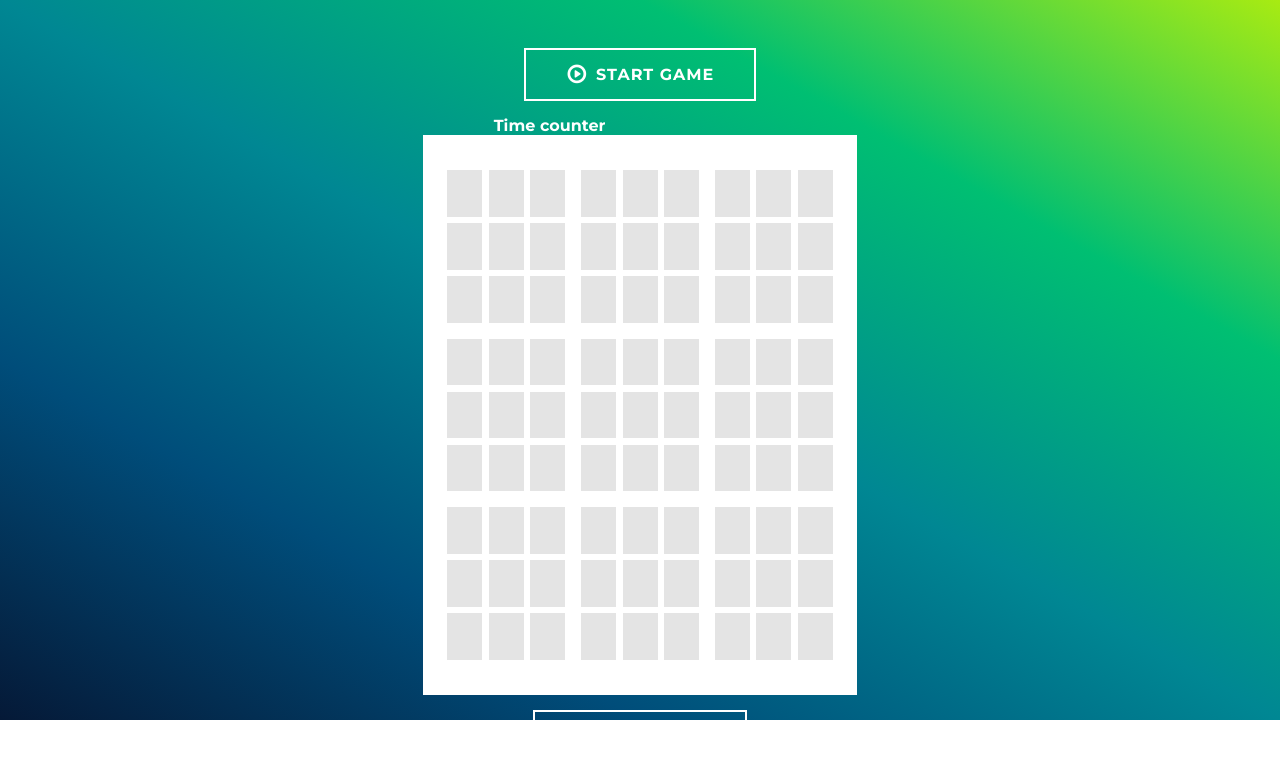
Repository: pattypetrikova/sudoku
Page: index.html
These files come from the project's save history. The page is drawn as it stood at one moment and after the next save; the edit follows.
The browser window is 1280 px wide. The pictures show the whole page.
Some web fonts or font styles are not loaded; a fallback is used.

Above is the page before, as saved 2022-12-30 12:23:00.

After the next save:
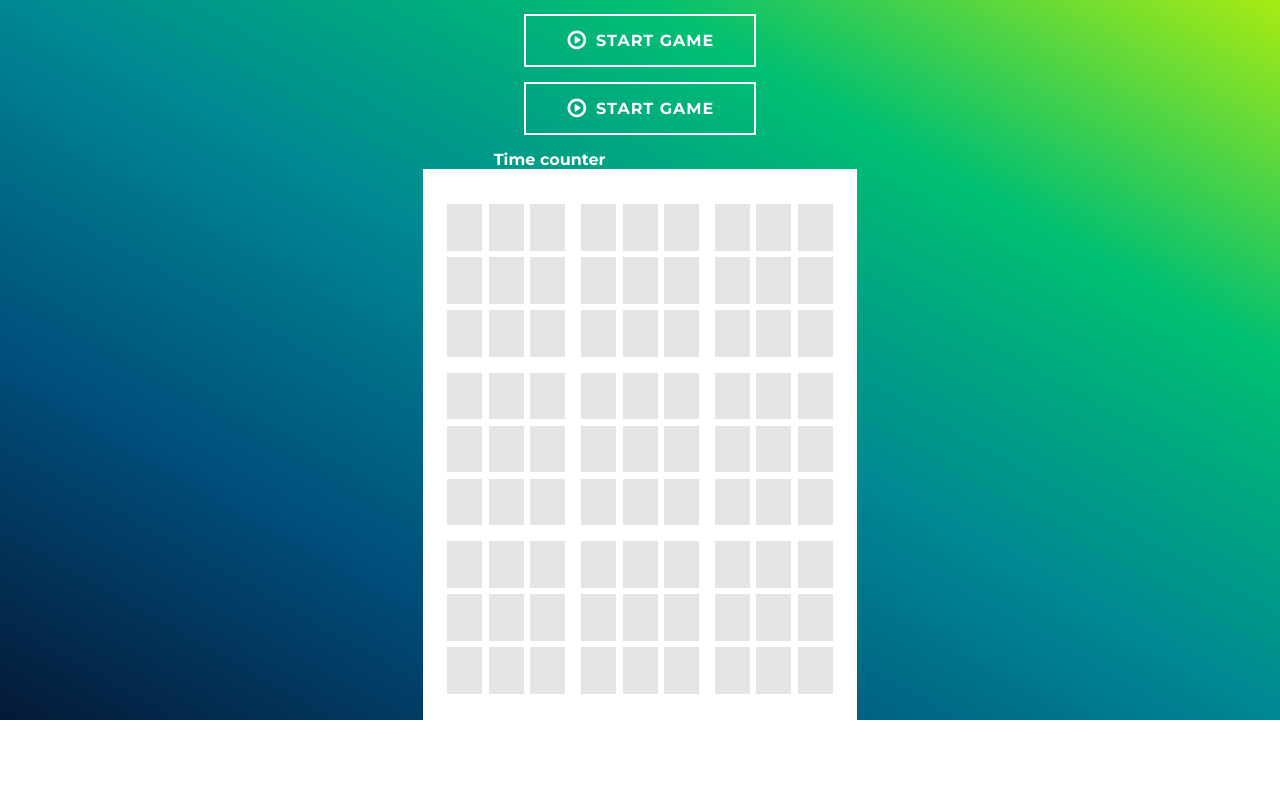
Saved 44 s later.
--- a/index.html
+++ b/index.html
@@ -18,6 +18,8 @@
             <div class="buttons">
                 <button class="button button-1 start"><i class="ri-play-circle-line ri-lg"></i>
                     Start game</button>
+                    <button class="button button-1 start"><i class="ri-play-circle-line ri-lg"></i>
+                        Start game</button>
                 <div class="time-couner">Time counter</div>
             </div>
         </div>
